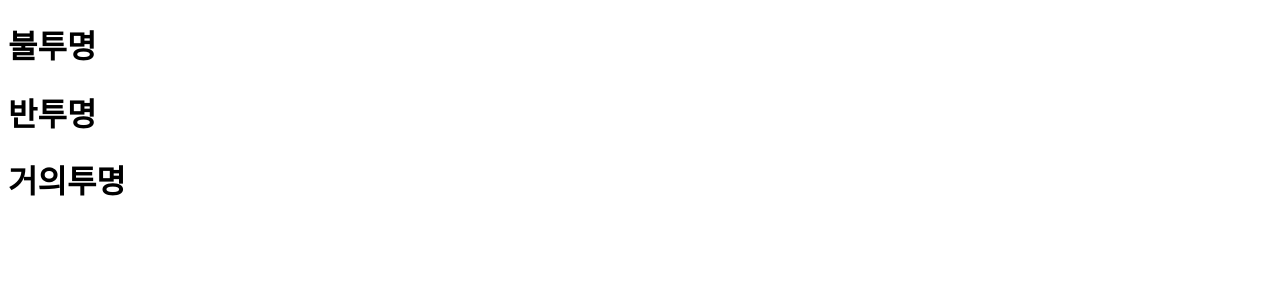
Repository: Ljeaseo/wowwow
Page: html/TRY.html
The author's editor kept a copy of each file at every save. The page is drawn from the files as they stood at one save, then again after the next save.
The browser window is 1280 px wide. The pictures show the whole page.

Above is the page before, as saved 2022-06-13 00:25:04.

### html/TRY.html
<!DOCTYPE html>
<html>
<head>
<meta charset="UTF-8">
<title>Insert title here</title>
<style>
</style>
<link rel="stylesheet" href="css/css_try.css">
</head>
<body color="yellow">
   <h1 id="h01">불투명</h1>
   <h1 id="h02">반투명</h1>
   <h1 id="h03">거의투명</h1>
</body>
</html>

Loaded but not shown: html/WebContent/css/css_try.css (common file)

After the next save:
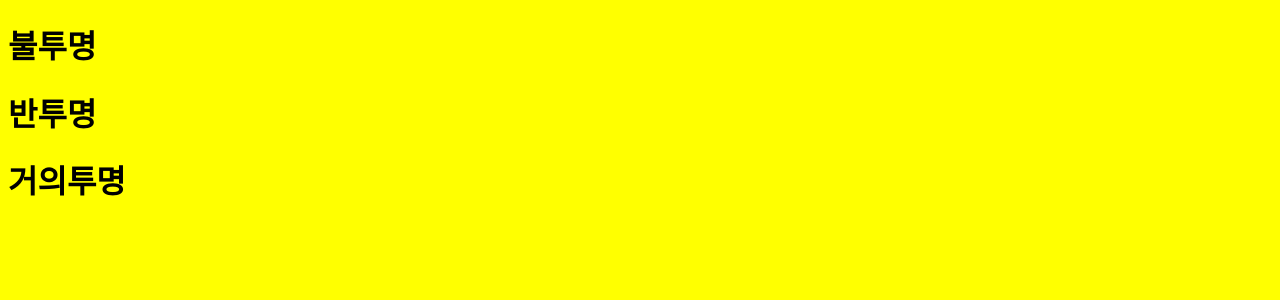
Saved 46 s later.
--- a/html/TRY.html
+++ b/html/TRY.html
@@ -7,7 +7,7 @@
 </style>
 <link rel="stylesheet" href="css/css_try.css">
 </head>
-<body color="yellow">
+<body style="background-color:yellow">
    <h1 id="h01">불투명</h1>
    <h1 id="h02">반투명</h1>
    <h1 id="h03">거의투명</h1>
